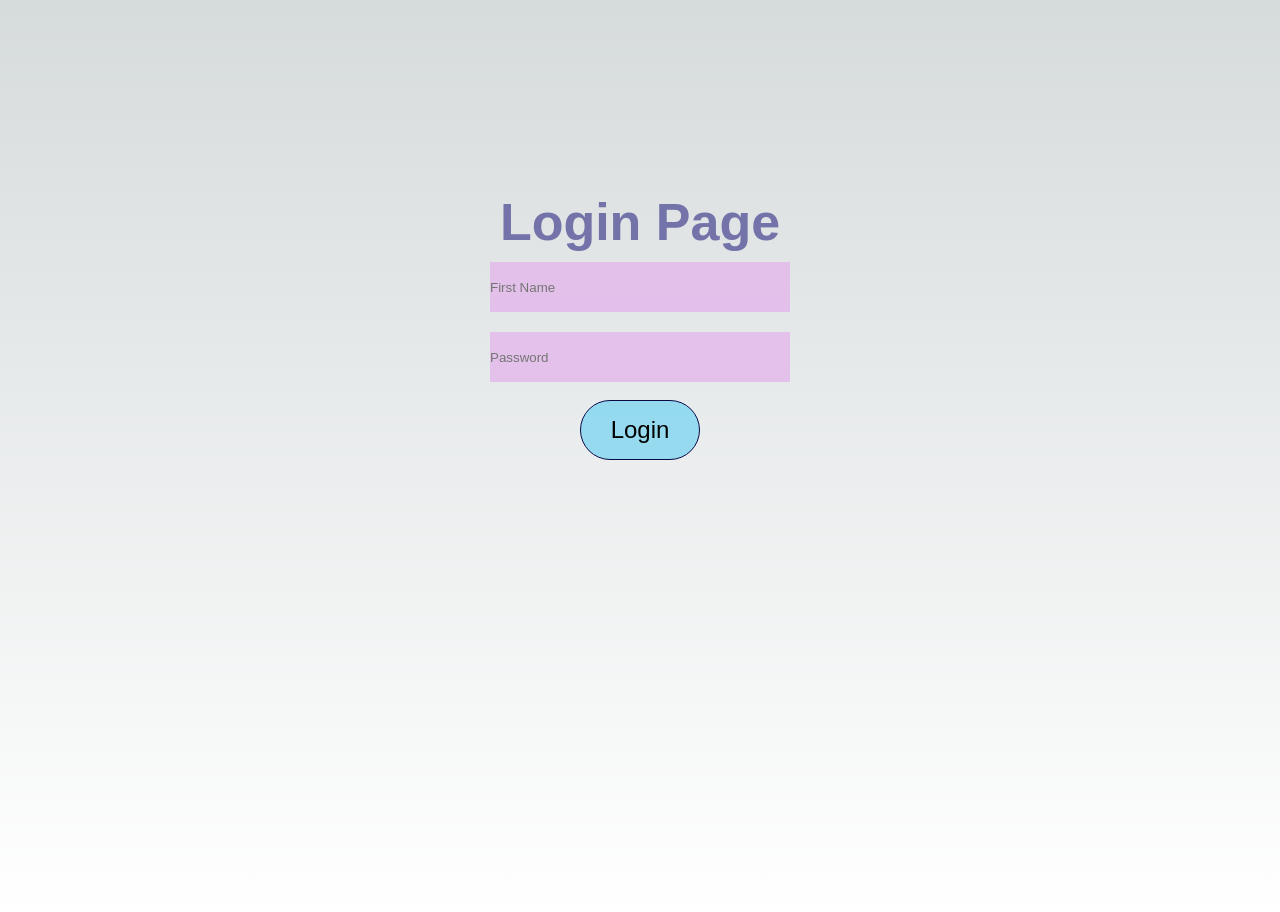
Repository: SaraShio/counter
Page: /
The author's editor kept a copy of each file at every save. The page is drawn from the files as they stood at one save, then again after the next save.
The browser window is 1280 px wide. The pictures show the whole page.
The project was rebuilt for these pictures with package versions that can differ from the ones it lists, and the page was loaded fresh each time. The framework's server and built-in components were replaced by stand-ins that run in the browser. Also part of the build but not shown: next.config.js.

Above is the page before, as saved 2023-01-15 22:58:37.

After the next save:
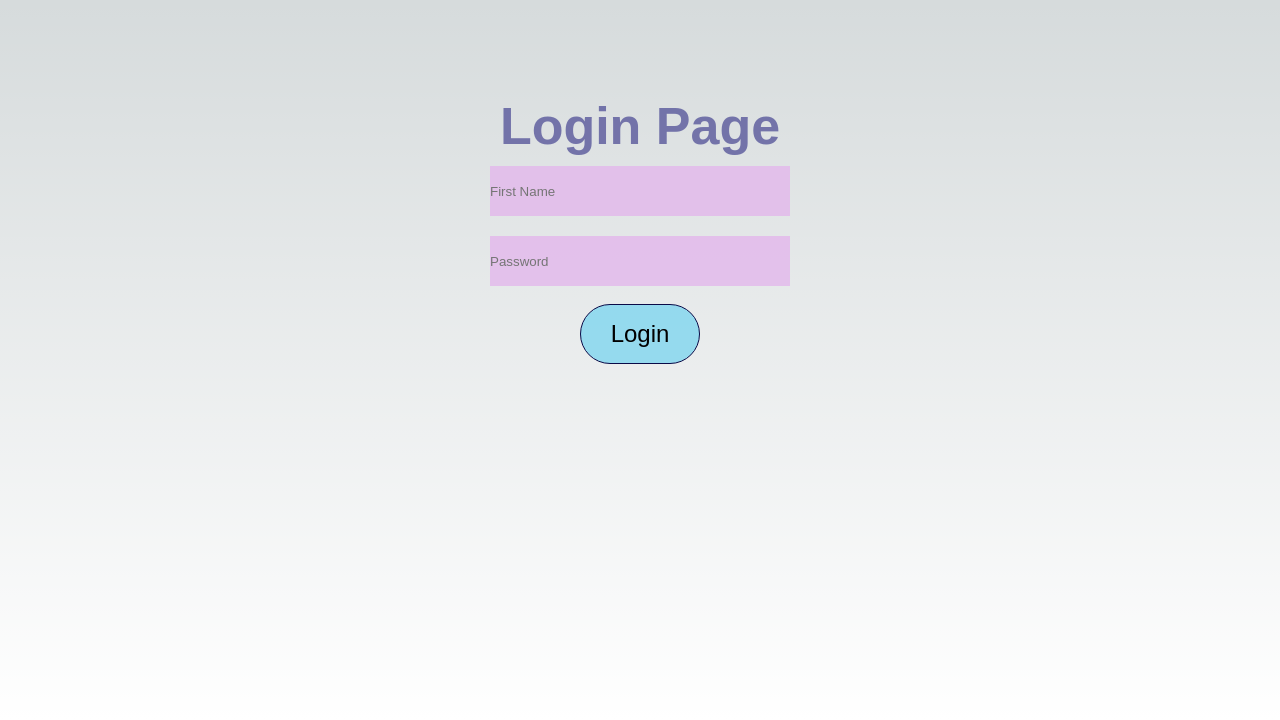
Saved 9 s later.
--- a/styles/Home.module.css
+++ b/styles/Home.module.css
@@ -3,7 +3,6 @@
   flex-direction: column;
   align-items: center;
   padding: 6rem;
-  margin: 6rem;
   min-height: 100vh;
   color: var(--medium-purple);
   font-size: var(--large-header-font);
